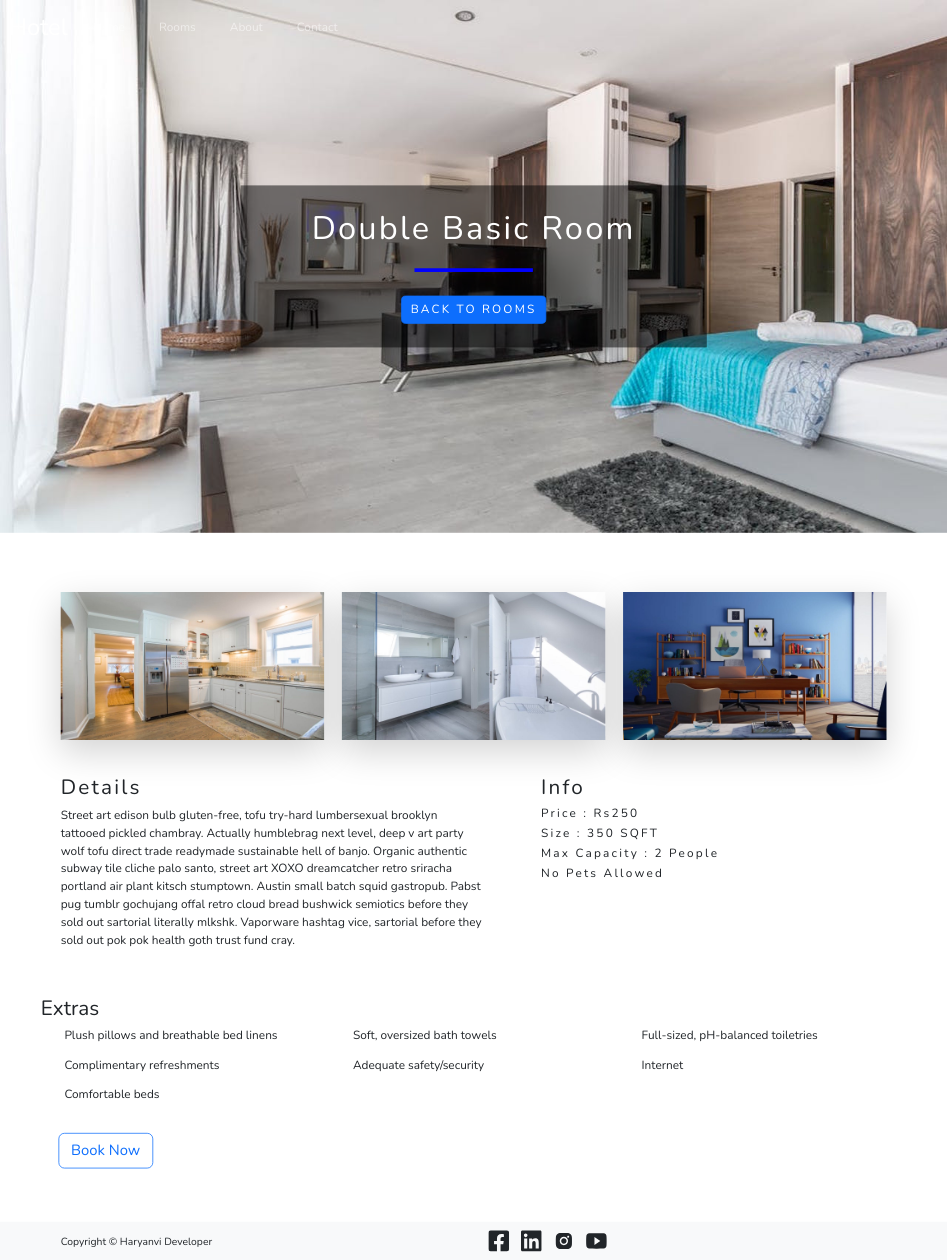
Repository: OmniaRafat232111121/Hotel-Booking-App
Page: /rooms/double-basic
These files come from the project's save history. The page is drawn as it stood at one moment and after the next save; the edit follows.
The browser window is 1280 px wide. The pictures show the whole page, at 74% of full size.
The project was rebuilt for these pictures with package versions that can differ from the ones it lists, and the page was loaded fresh each time. A package was used in the major version that the imports need, not the one package.json lists. Also part of the build but not shown: src/components/Hero.jsx, src/components/Title.jsx, src/components/Services.jsx, src/components/Loading.js, src/components/Room.jsx, src/components/FeaturedRooms.jsx, src/pages/Home.jsx, src/components/RoomsFilter.jsx and 7 more.

Above is the page before, as saved 2022-07-29 22:03:41.

After the next save:
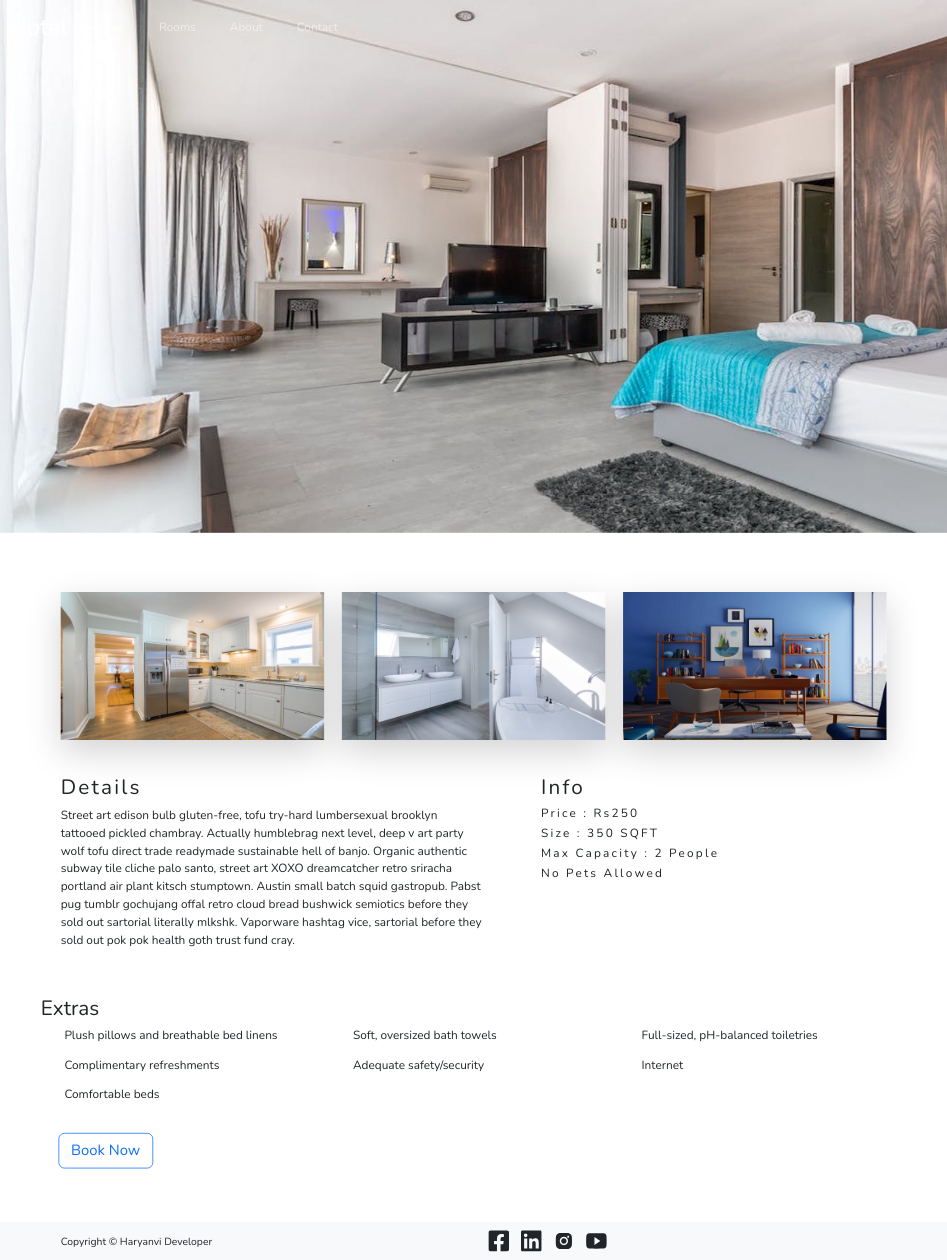
Saved 7 min 48 s later.
--- a/src/pages/SingleRoom.jsx
+++ b/src/pages/SingleRoom.jsx
@@ -36,9 +36,7 @@
             <>
             <StyledHero img={mainImg || this.state.defaultBcg }>
 
-            <Banner title={`${name} room`}>
-                    <Link to="/rooms" className="btn btn-primary">Back To Rooms</Link>
-            </Banner>
+
             </StyledHero>
             <section className="single-room container">
                <div className="row">

After the save that followed:
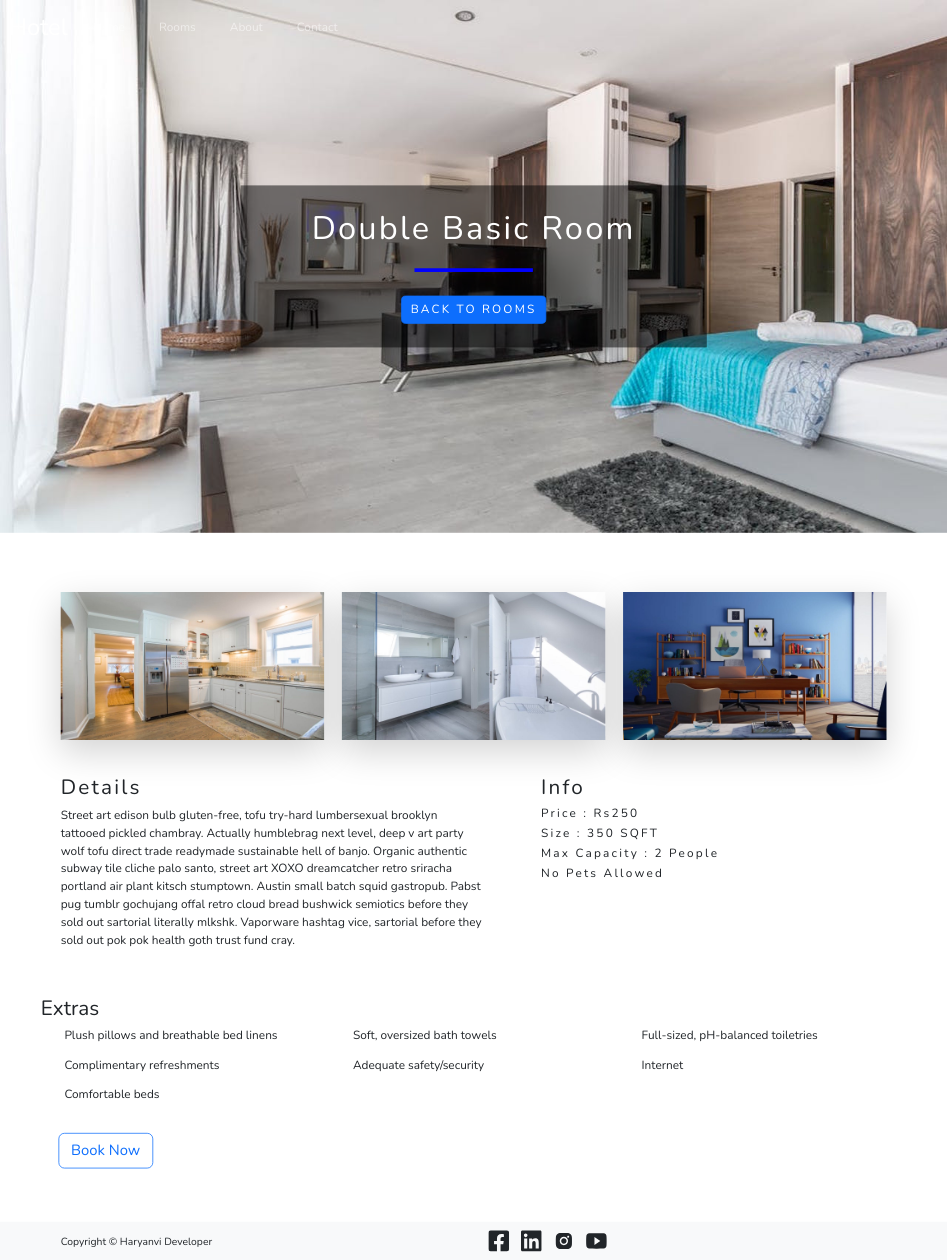
Saved 7 s later.
--- a/src/pages/SingleRoom.jsx
+++ b/src/pages/SingleRoom.jsx
@@ -36,7 +36,9 @@
             <>
             <StyledHero img={mainImg || this.state.defaultBcg }>
 
-
+            <Banner title={`${name} room`}>
+                    <Link to="/rooms" className="btn btn-primary">Back To Rooms</Link>
+            </Banner>
             </StyledHero>
             <section className="single-room container">
                <div className="row">
